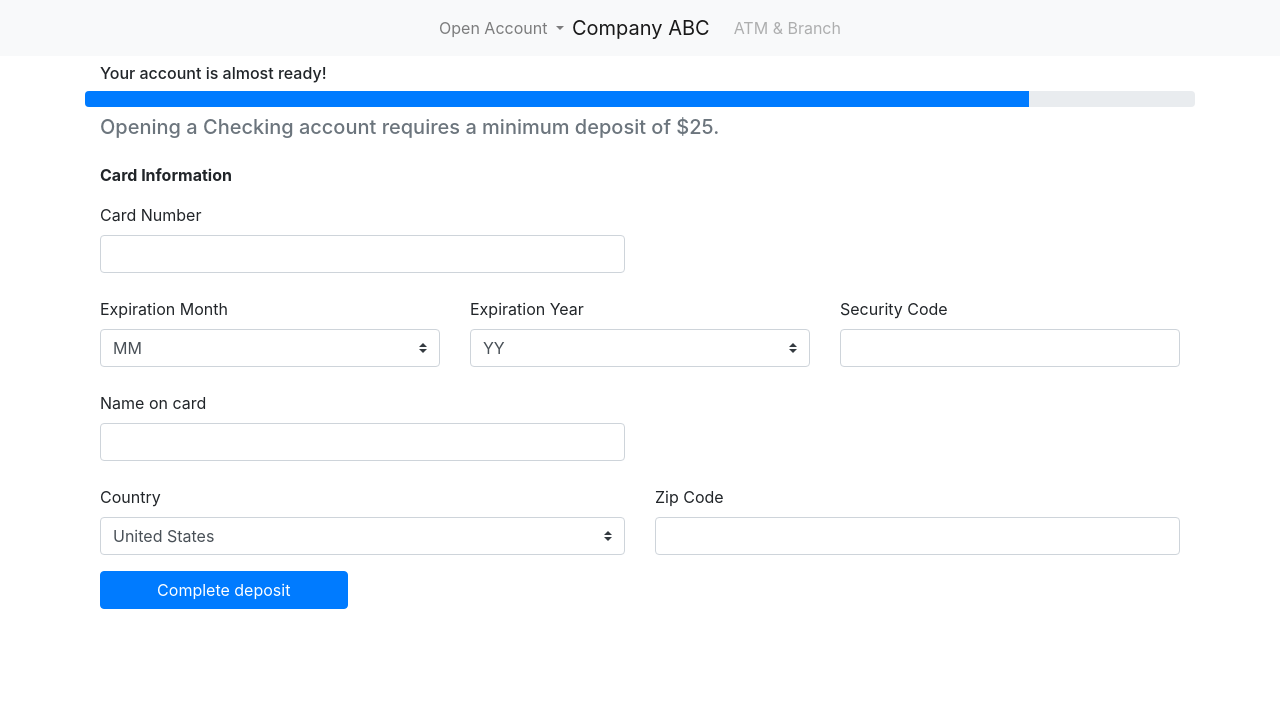
Repository: barriosan95/banking-opening-account-demo
Page: http://localhost/checking/application/customerInfo/finances/agreements/deposit
The author's editor kept a record of every edit. The page is drawn from the files as they stood at one moment, then again after the next edit.
The browser window is 1280 px wide. The pictures show the whole page.
Some web fonts or font styles are not loaded; a fallback is used. Some web libraries are served in a nearby version. The page is served by the project's Node server (index.js).

Above is the page before.

After the next edit:
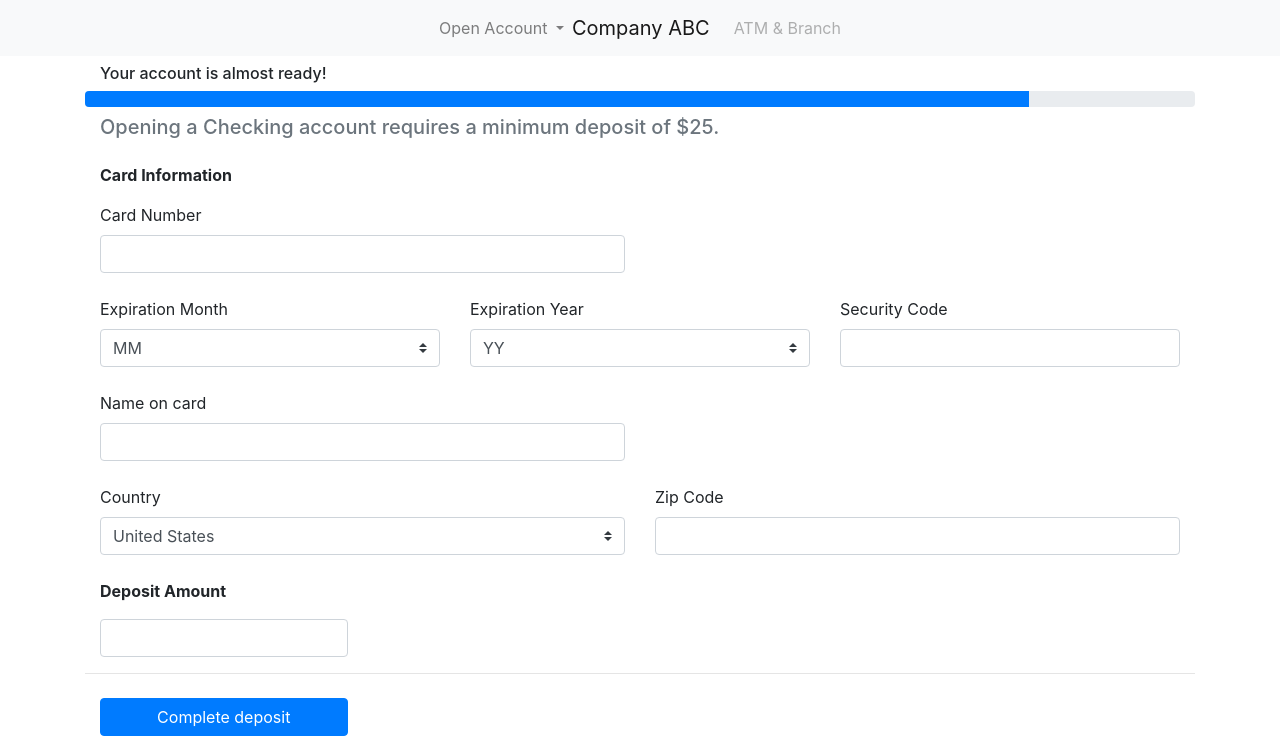
The edit:
--- a/views/deposit_app.ejs
+++ b/views/deposit_app.ejs
@@ -84,6 +84,19 @@
                 </div>
             </div>
         </div>
+         <div class ="container mt-4">
+            <p><b> Deposit Amount </b></p>
+            <div class="row">
+                <div class ="container">
+                    <div class ="row">
+                        <div class = "col-md-3 mr-auto">
+                            <input type="number" class="form-control" placeholder="">
+                        </div>
+                    </div>
+                </div>
+            </div>
+        </div>
+        <hr>
         <div class ="container">
             <div class ="row mt-2">
                 <div class = "col-md-3 mr-auto">
